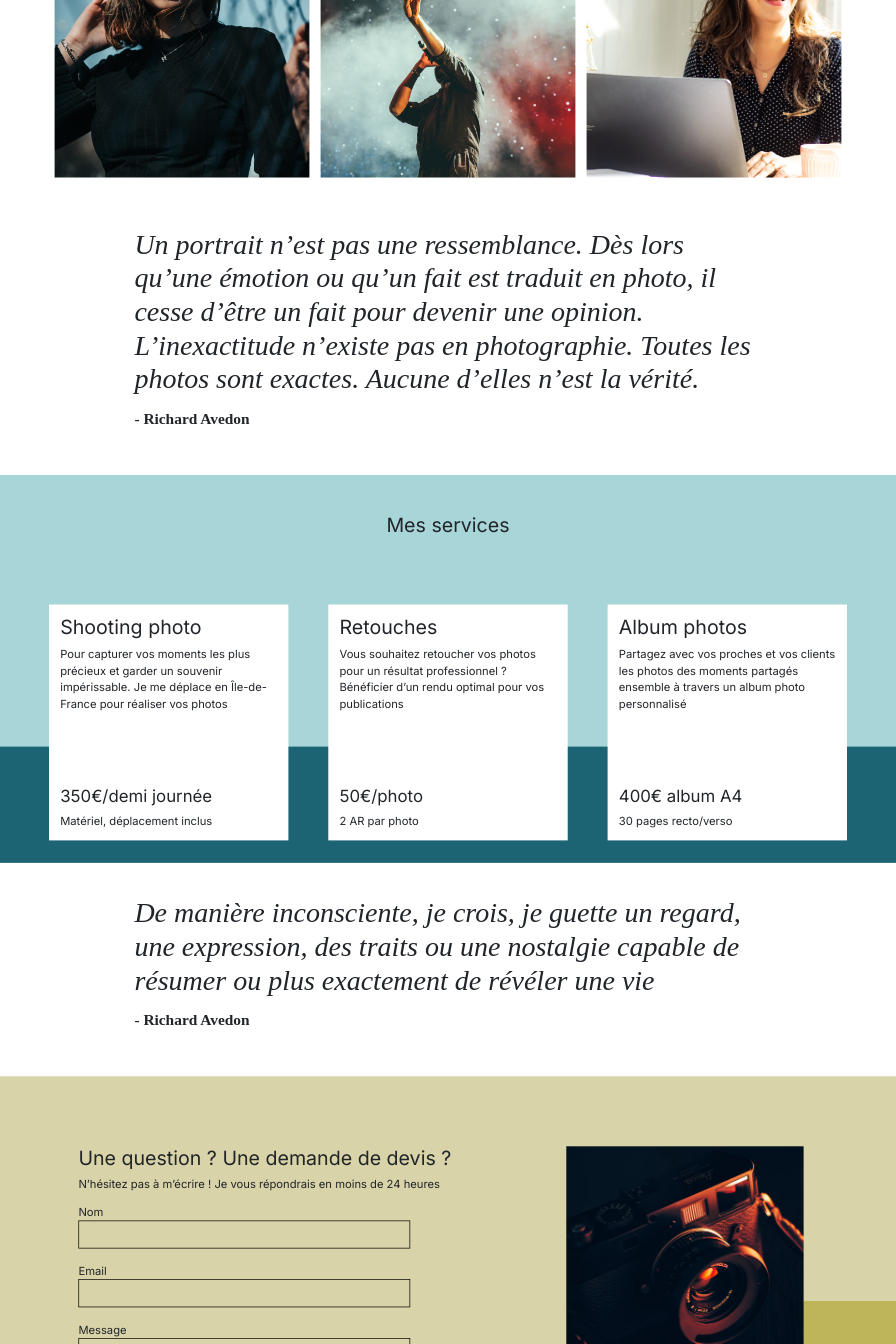
Repository: Dimple3377/project-9
Page: index.html
The author's editor kept a copy of each file at every save. The page is drawn from the files as they stood at one save, then again after the next save.
The browser window is 1280 px wide. The pictures show the part of the page from y = 2402 to 4322 px (the page is 4589 px tall), at 70% of full size.
Some web fonts or font styles are not loaded; a fallback is used.

Above is the page before, as saved 2024-04-15 01:34:11.

After the next save:
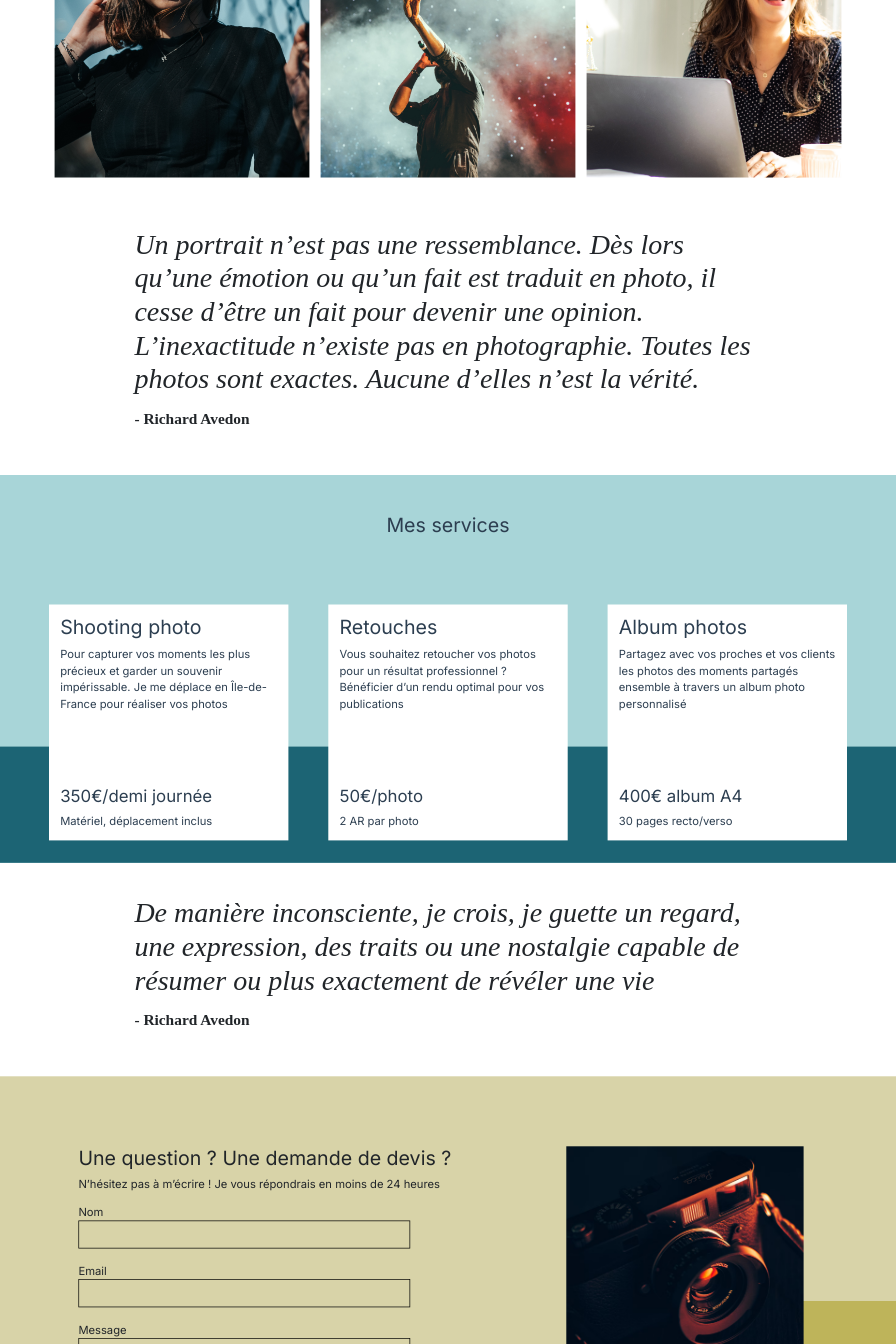
Saved 70 s later.
--- a/assets/style.css
+++ b/assets/style.css
@@ -157,6 +157,7 @@ body {
 #services {
   margin: auto;
   background-color: #a8d5d8;
+  color: #2c3e50; /* Texte plus foncé pour un meilleur contraste */
   position: relative;
 }
 #services .container::before {
